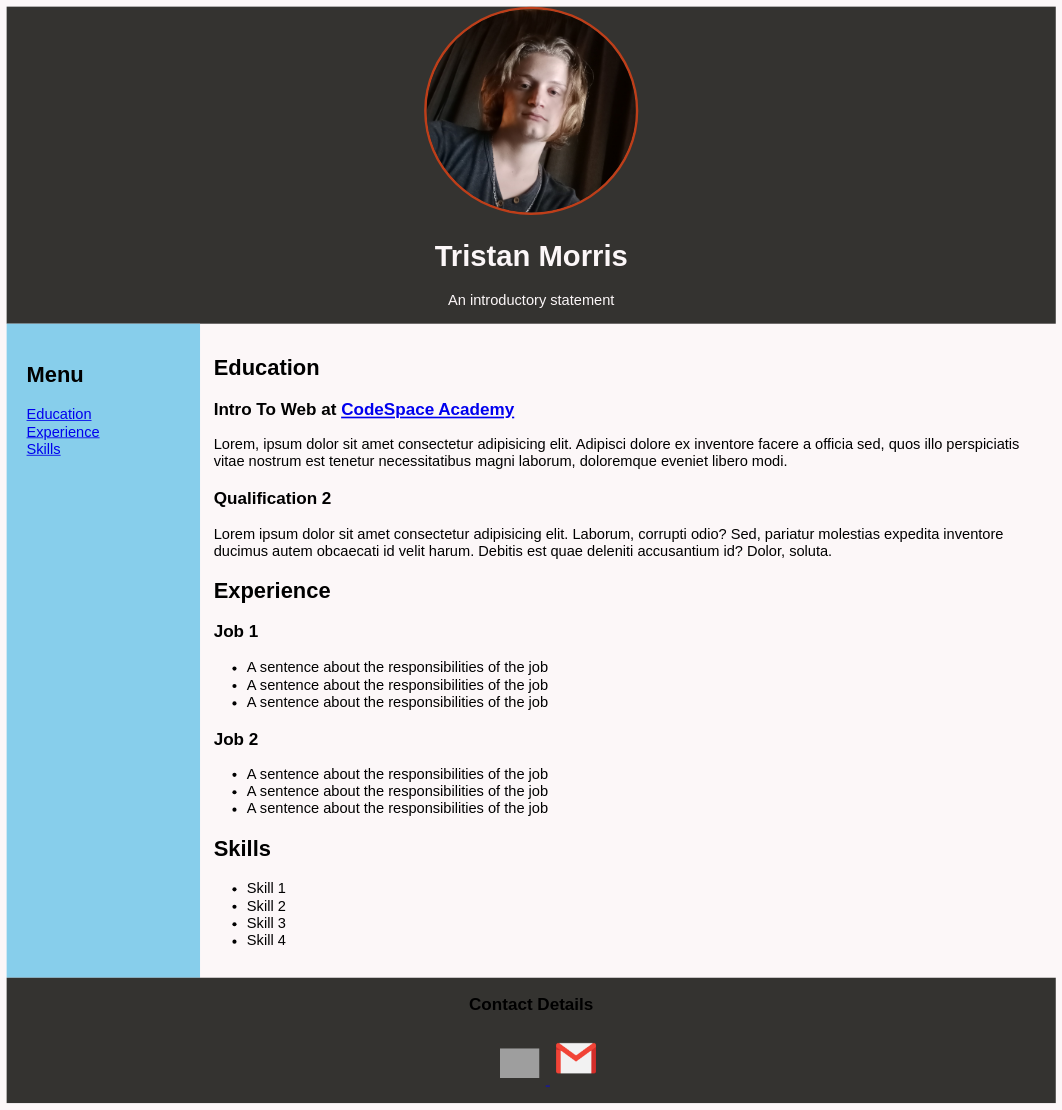
Repository: TristanKMorris/introToWebDesignAssignment
Page: resume1.html
These files come from the project's save history. The page is drawn as it stood at one moment and after the next save; the edit follows.
The browser window is 1280 px wide. The pictures show the whole page, at 83% of full size.
Pictures or frames that could not be fetched are drawn as grey boxes.

Above is the page before, as saved 2022-06-02 21:08:30.

After the next save:
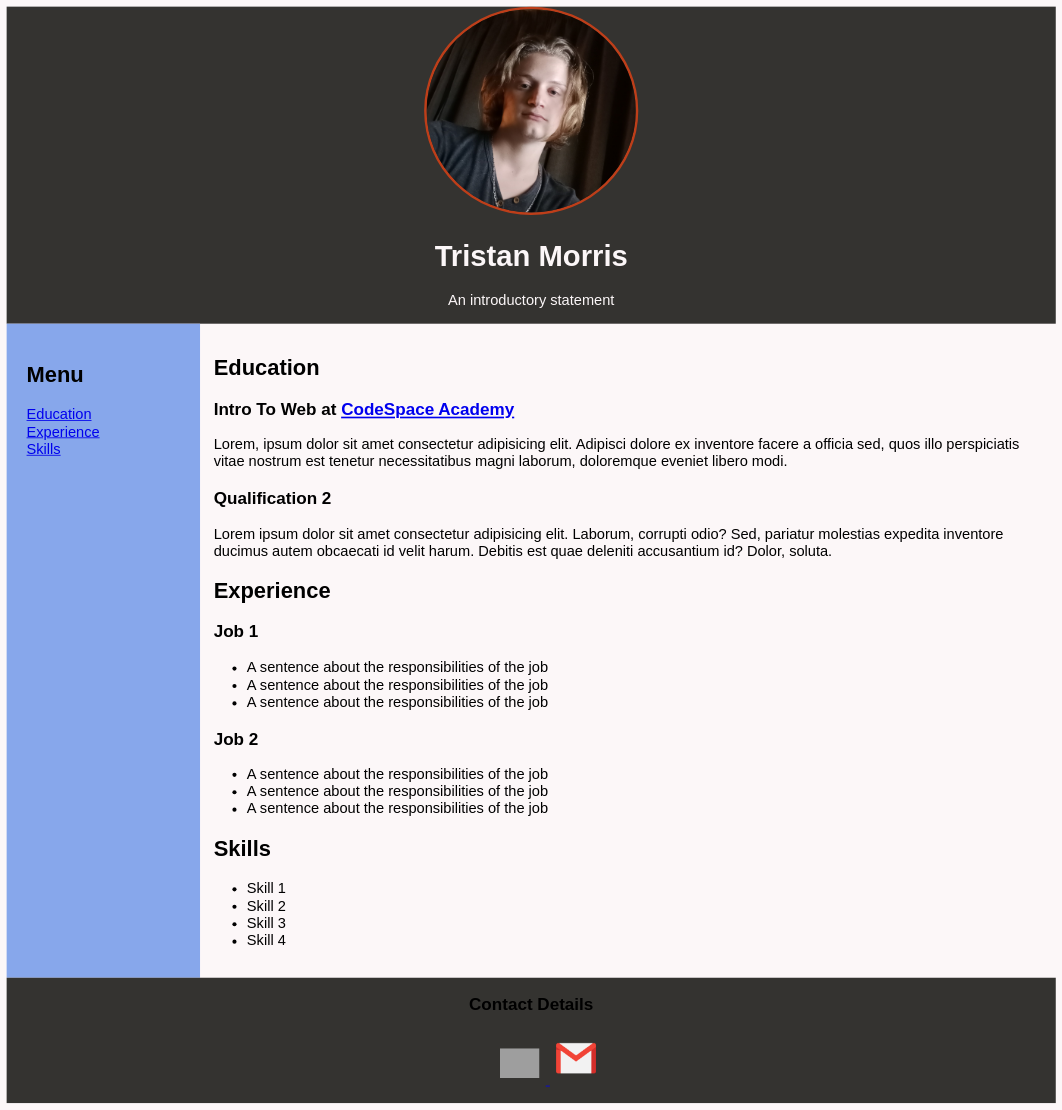
Saved 10 s later.
--- a/css/stylesheet.css
+++ b/css/stylesheet.css
@@ -36,7 +36,7 @@ footer {
 }
 #sidebar{
   width: 25%;
-  background-color: skyblue;
+  background-color: rgb(135, 167, 235);
   padding: 1.5rem;
   color: black;
 }
